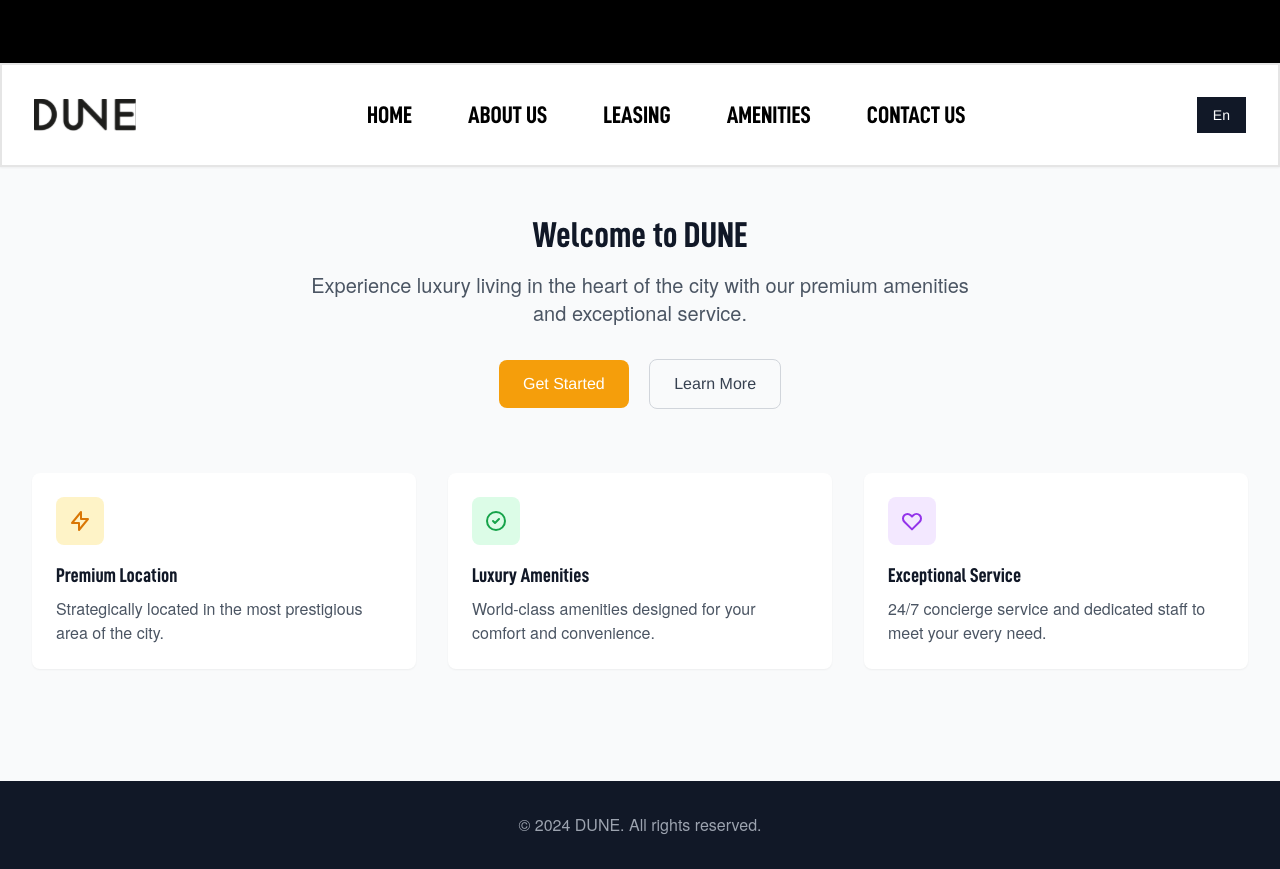
Repository: ahmedassr5765/dune
Page: index.html
An editor plug-in stored every save of this project. The page is shown before and after the next save, followed by the edit.
The browser window is 1280 px wide. The pictures show the whole page.
Some web fonts or font styles are not loaded; a fallback is used. Some web libraries are served in a nearby version.

Above is the page before, as saved 2025-07-12 17:47:33.

After the next save:
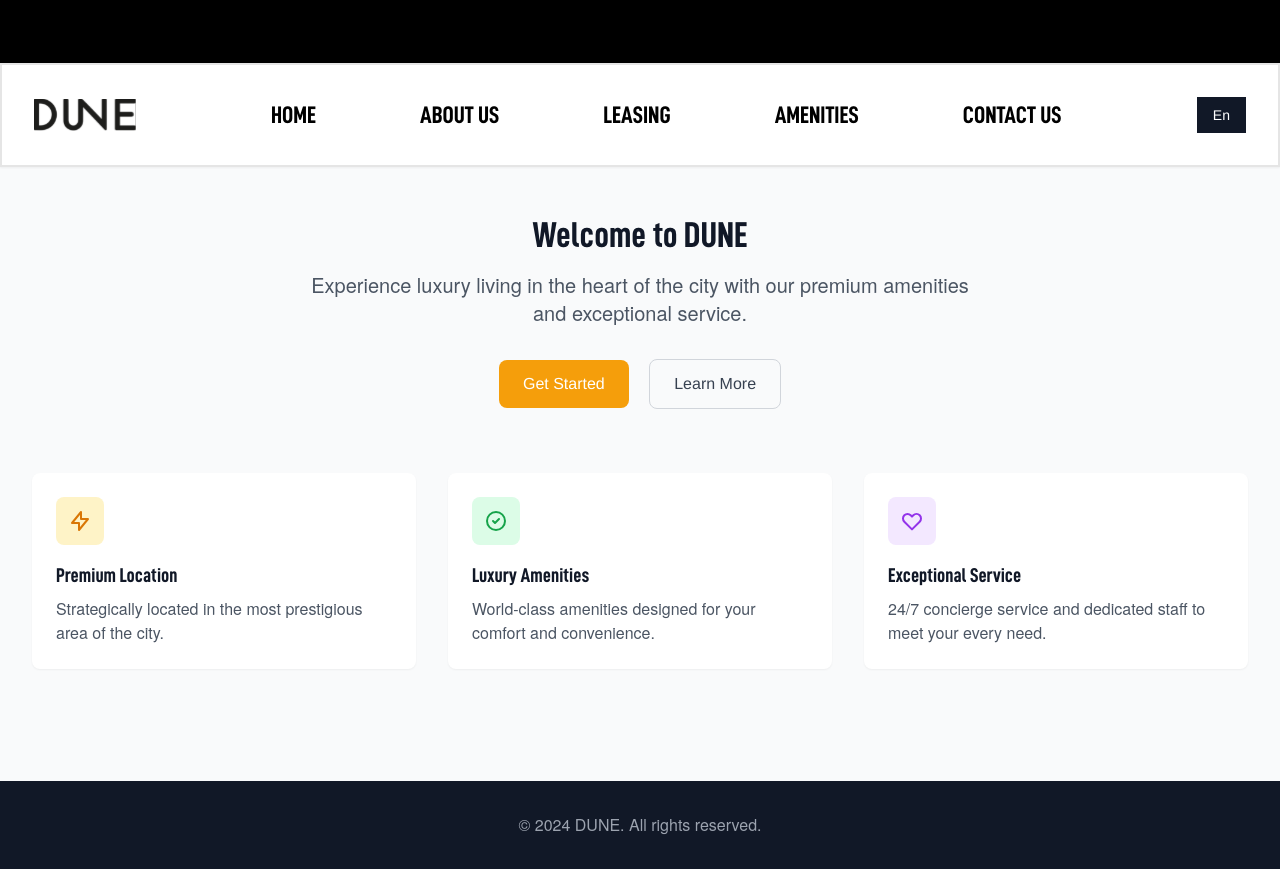
Saved 55 s later.
--- a/index.html
+++ b/index.html
@@ -115,7 +115,7 @@
                         <img src="/images/logo.svg" alt="DUNE" class="h-8 w-auto">
                     </a>
                 </div>
-                <nav class="hidden md:flex space-x-8 nav-items">
+                <nav class="hidden md:flex space-x-20 nav-items">
                     <a href="#" class="text-black hover:text-[#FBAA19] px-3 py-2 text-[24px] font-ddin transition-colors duration-200 nav-link" data-en="HOME" data-ar="الرئيسية">HOME</a>
                     <a href="#" class="text-black hover:text-[#FBAA19] px-3 py-2 text-[24px] font-ddin transition-colors duration-200 nav-link" data-en="ABOUT US" data-ar="معلومات عنا">ABOUT US</a>
                     <a href="#" class="text-black hover:text-[#FBAA19] px-3 py-2 text-[24px] font-ddin transition-colors duration-200 nav-link" data-en="LEASING" data-ar="الإيجار">LEASING</a>
